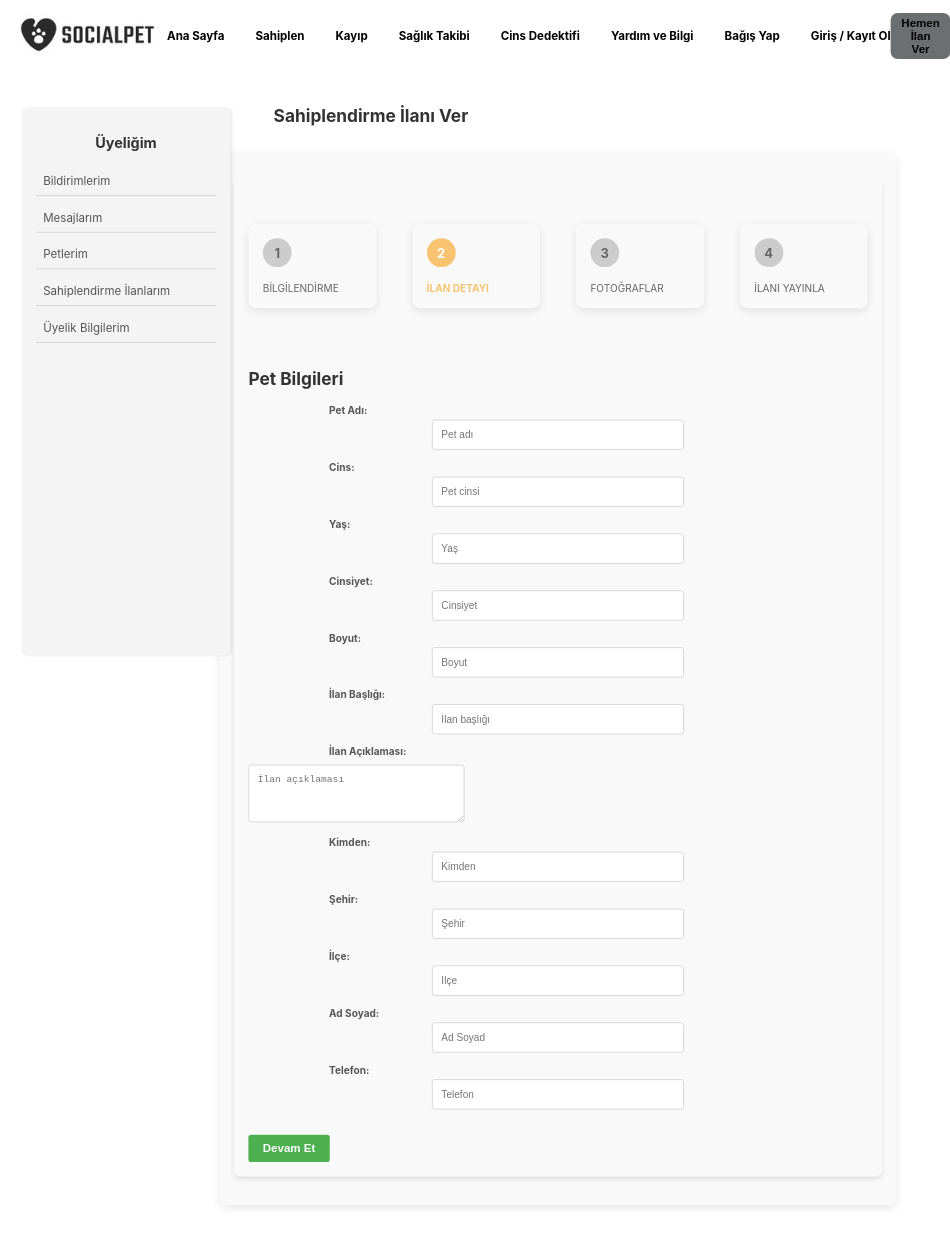
Repository: utkucaa/socialpet-frontend
Page: /create-ad (app in petweb/petweb/), after clicking the first element matching `div.step > button`
The author's editor kept a copy of each file at every save. The page is drawn from the files as they stood at one save, then again after the next save.
The browser window is 1280 px wide. The page is 1320 px wide, so the pictures cover 1320 px, including what lies to the right of the window. The pictures show the whole page, at 72% of full size.
The project was rebuilt for these pictures with package versions that can differ from the ones it lists, and the page was loaded fresh each time. Also part of the build but not shown: petweb/petweb/src/Components/Login/Login.jsx, petweb/petweb/src/Components/Intro/Intro.css, petweb/petweb/src/Components/Intro/Intro.jsx, petweb/petweb/src/Components/Register/Register.jsx, petweb/petweb/src/Components/Profile/ProfilePage.css, petweb/petweb/src/Components/Profile/ProfilePage.jsx, petweb/petweb/src/Components/Adoption/Header.css, petweb/petweb/src/Components/Adoption/Header.jsx and 27 more. Imported but missing from the stored project, and not drawn on this page: petweb/petweb/src/Components/AdoptionSteps.

Above is the page before, as saved 2025-01-10 01:27:45.

After the next save:
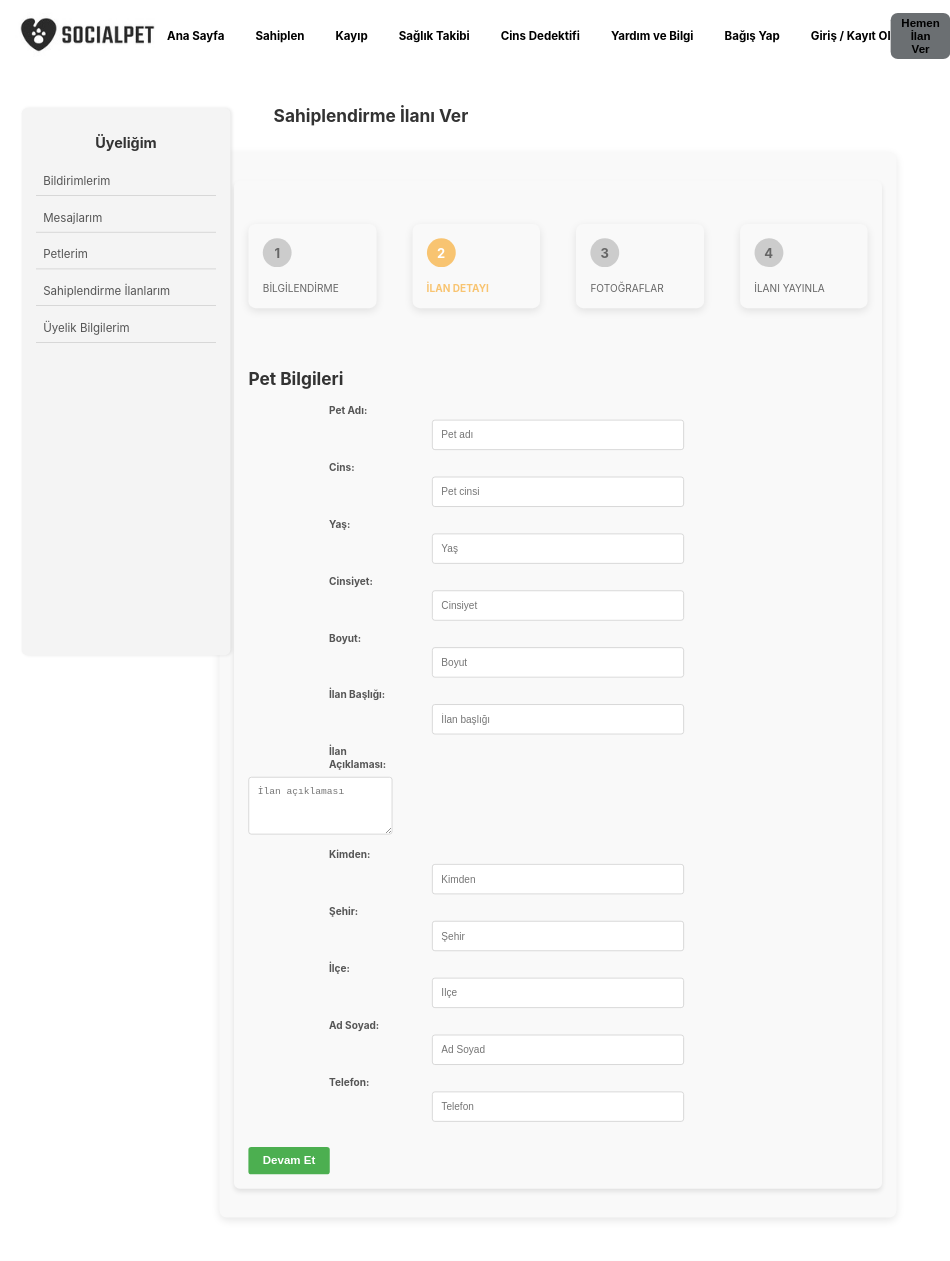
Saved 9 s later.
--- a/petweb/petweb/src/Components/Adoption/AdoptionSteps/AdoptionSteps.css
+++ b/petweb/petweb/src/Components/Adoption/AdoptionSteps/AdoptionSteps.css
@@ -176,7 +176,7 @@
 }
 
 .step2 .textArea {
-  width: 300px; /* İstediğiniz genişliği ayarlayın */
+  width: 200px; /* İstediğiniz genişliği ayarlayın */
   max-width: 100%; /* Daha büyük ekranlarda taşmayı önler */
   resize: none;
 }

After the save that followed:
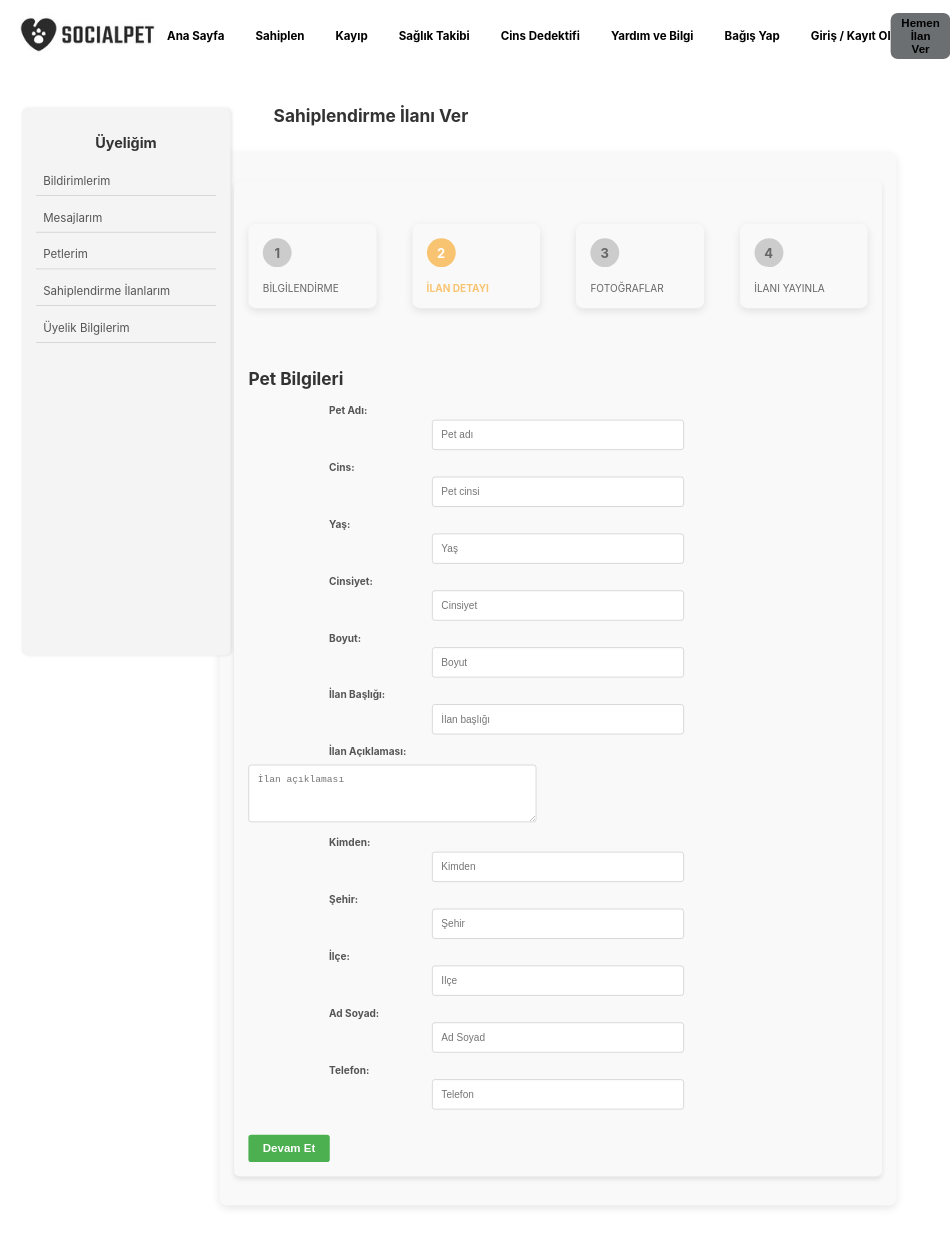
Saved 7 s later.
--- a/petweb/petweb/src/Components/Adoption/AdoptionSteps/AdoptionSteps.css
+++ b/petweb/petweb/src/Components/Adoption/AdoptionSteps/AdoptionSteps.css
@@ -176,7 +176,7 @@
 }
 
 .step2 .textArea {
-  width: 200px; /* İstediğiniz genişliği ayarlayın */
+  width: 400px; /* İstediğiniz genişliği ayarlayın */
   max-width: 100%; /* Daha büyük ekranlarda taşmayı önler */
   resize: none;
 }
